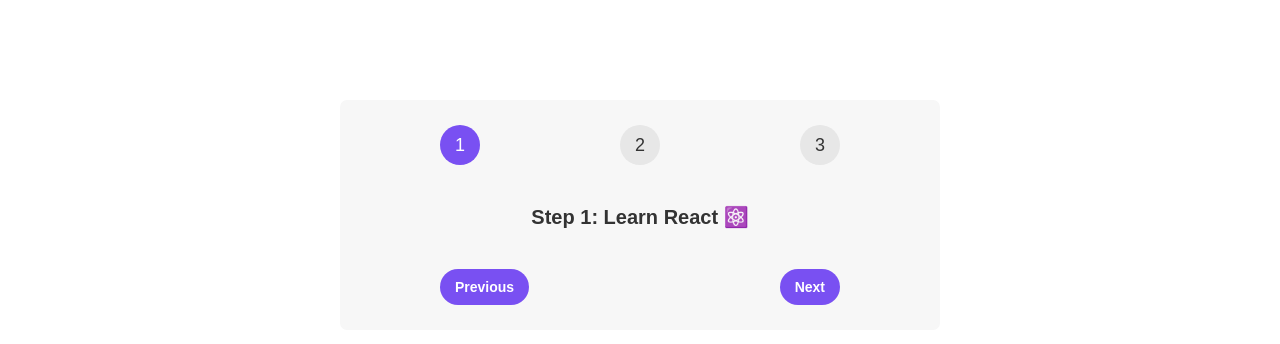
Repository: ahmedharidy/State-React-Practice
Page: /
An editor plug-in stored every save of this project. The page is shown before and after the next save, followed by the edit.
The browser window is 1280 px wide. The pictures show the whole page.
The project was rebuilt for these pictures with package versions that can differ from the ones it lists, and the page was loaded fresh each time.

Above is the page before, as saved 2026-09-26 11:55:24.

### src/App.js
import { useState } from "react";

const messages = [
  "Learn React ⚛️",
  "Apply for jobs 💼",
  "Invest your new income 🤑",
];
export default function App() {
  const [step, setStep] = useState(1);

  const [isOpen, setIsOpen] = useState(true);

  function handlePrevious() {
    if (step > 1) setStep(step - 1);
  }

  function handleNext() {
    if (step < 3) setStep(step + 1);
  }
  return (
    <div>
      {isOpen && (
        <div className="steps">
          <div className="numbers">
            <div className={step >= 1 ? "active" : ""}>1</div>
            <div className={step >= 2 ? "active" : ""}>2</div>
            <div className={step >= 3 ? "active" : ""}>3</div>
          </div>

          <p className="message">
            Step {step}: {messages[step - 1]}
          </p>

          <div className="buttons">
            <button
              onClick={handlePrevious}
              style={{ backgroundColor: "#7950f2", color: "#fff" }}>
              Previous
            </button>
            <button
              onClick={handleNext}
              style={{ backgroundColor: "#7950f2", color: "#fff" }}>
              Next
            </button>
          </div>
        </div>
      )}
    </div>
  );
}

Loaded but not shown: public/index.html (common file); src/index.js (common file); src/index.css (common file)

After the next save:
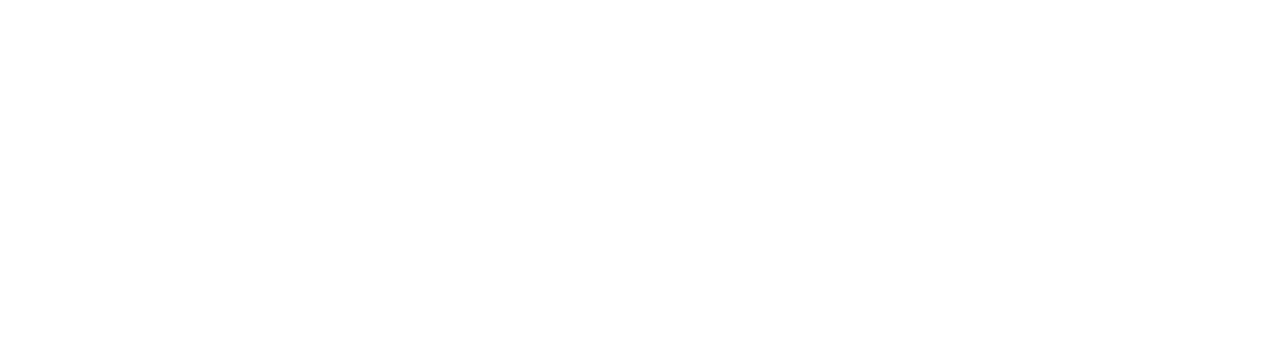
Saved 42 s later.
--- a/src/App.js
+++ b/src/App.js
@@ -8,7 +8,7 @@
 export default function App() {
   const [step, setStep] = useState(1);
 
-  const [isOpen, setIsOpen] = useState(true);
+  const [isOpen, setIsOpen] = useState(false);
 
   function handlePrevious() {
     if (step > 1) setStep(step - 1);

After the save that followed:
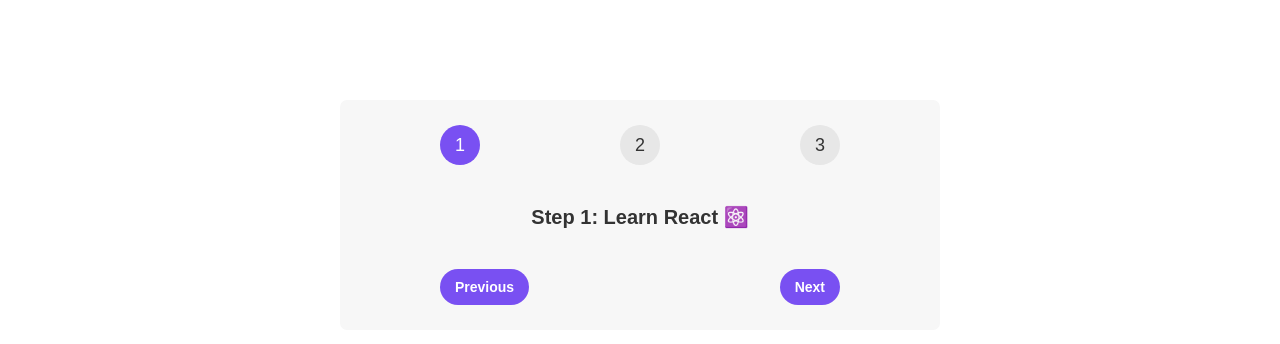
Saved 14 s later.
--- a/src/App.js
+++ b/src/App.js
@@ -8,7 +8,7 @@
 export default function App() {
   const [step, setStep] = useState(1);
 
-  const [isOpen, setIsOpen] = useState(false);
+  const [isOpen, setIsOpen] = useState(true);
 
   function handlePrevious() {
     if (step > 1) setStep(step - 1);
